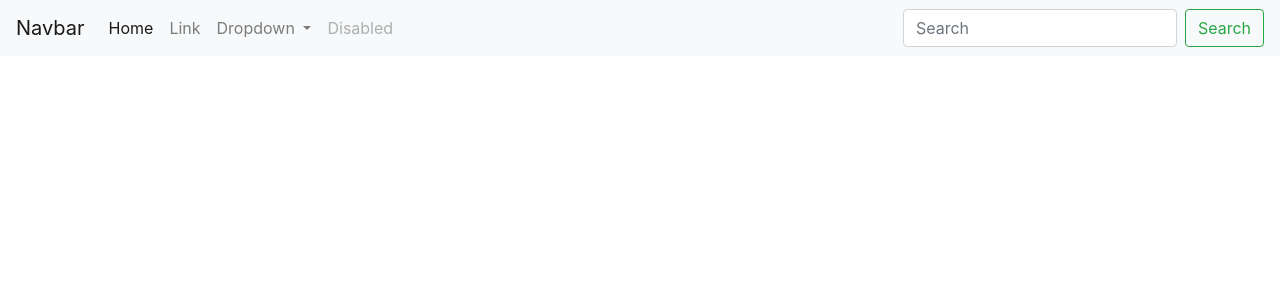
Repository: baobaodeveloper/baobao
Page: index.html
The author's editor kept a copy of each file at every save. The page is drawn from the files as they stood at one save, then again after the next save.
The browser window is 1280 px wide. The pictures show the whole page.

Above is the page before, as saved 2022-02-16 20:05:09.

After the next save:
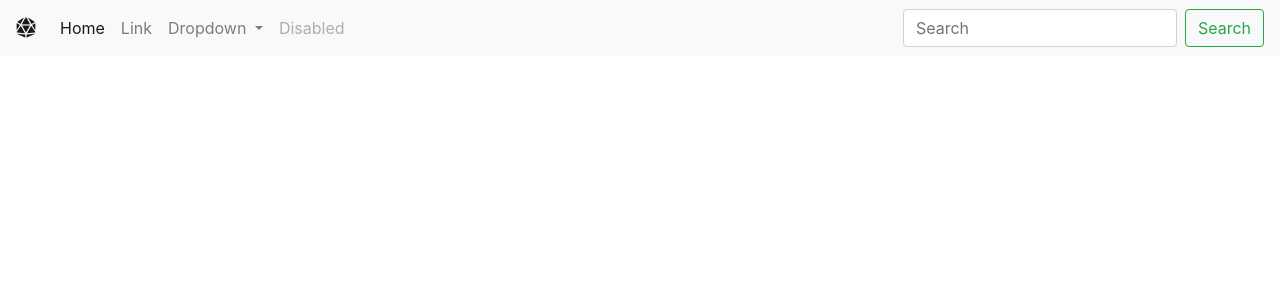
Saved 4 min 26 s later.
--- a/index.html
+++ b/index.html
@@ -29,7 +29,7 @@
     <!-- Optional JavaScript -->
     <!-- jQuery first, then Popper.js, then Bootstrap JS -->
     <nav class="navbar navbar-expand-lg navbar-light bg-light">
-      <a class="navbar-brand" href="#">Navbar</a>
+      <a class="navbar-brand" href="#"><i class="fa fa-dice-d20"></i></a>
       <button
         class="navbar-toggler"
         type="button"
